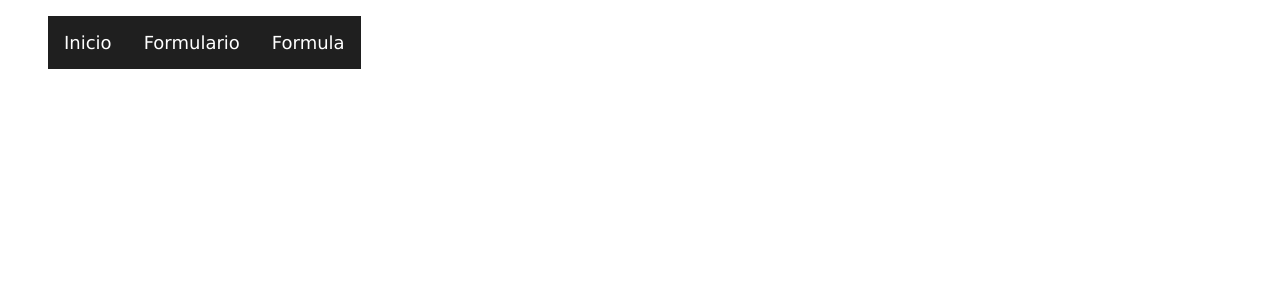
Repository: misterySnow94/tutoriales
Page: pagina basica/index.html
An editor plug-in stored every save of this project. The page is shown before and after the next save, followed by the edit.
The browser window is 1280 px wide. The pictures show the whole page.

Above is the page before, as saved 2019-11-03 23:40:20.

After the next save:
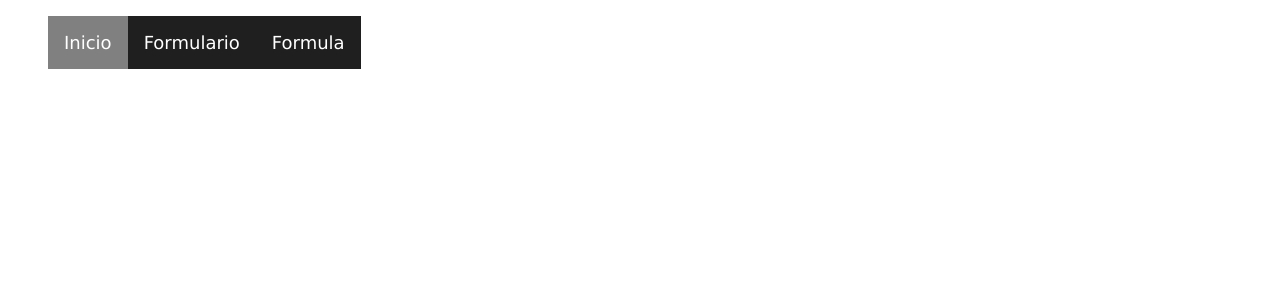
Saved 7 s later.
--- a/pagina basica/index.html
+++ b/pagina basica/index.html
@@ -10,7 +10,7 @@
 <body>
     <nav>
         <ul>
-            <li><a href="index.html"> Inicio </a></li>
+            <li class="active"><a href="index.html"> Inicio </a></li>
             <li><a href="formulario.html">Formulario</a></li>
             <li><a href="formula.html">Formula</a></li>
         </ul>
